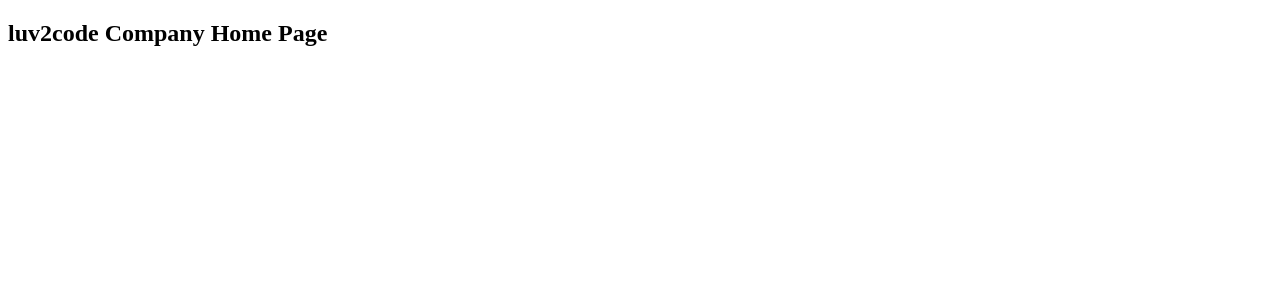
Repository: shinjuno123/spring-security
Page: http://localhost/spring-security-demo-02-basic-security/
The author's editor kept a copy of each file at every save. The page is drawn from the files as they stood at one save, then again after the next save.
The browser window is 1280 px wide. The pictures show the whole page.
The page is served by Tomcat 9.

Above is the page before, as saved 2023-01-11 13:19:23.

After the next save:
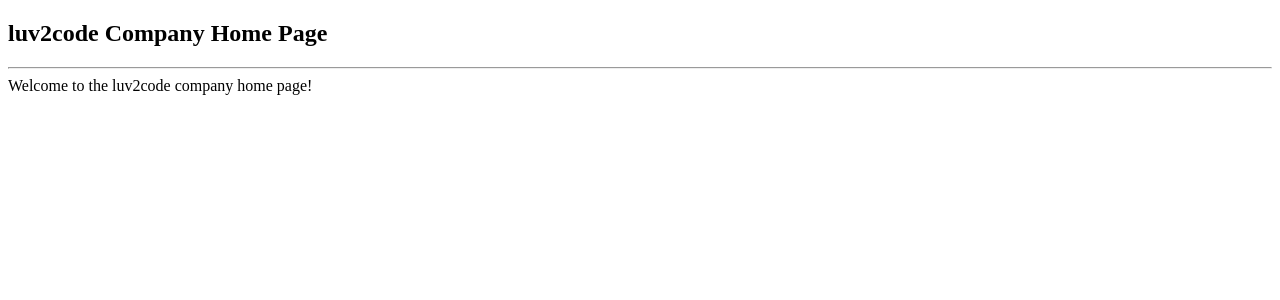
Saved 15 s later.
--- a/spring-security-demo-02-basic-security/src/main/webapp/WEB-INF/view/home.jsp
+++ b/spring-security-demo-02-basic-security/src/main/webapp/WEB-INF/view/home.jsp
@@ -5,6 +5,9 @@
 </head>
 <body>
 	<h2>luv2code Company Home Page</h2>
+	<hr>
+
+	Welcome to the luv2code company home page!
 
 </body>
 </html>
